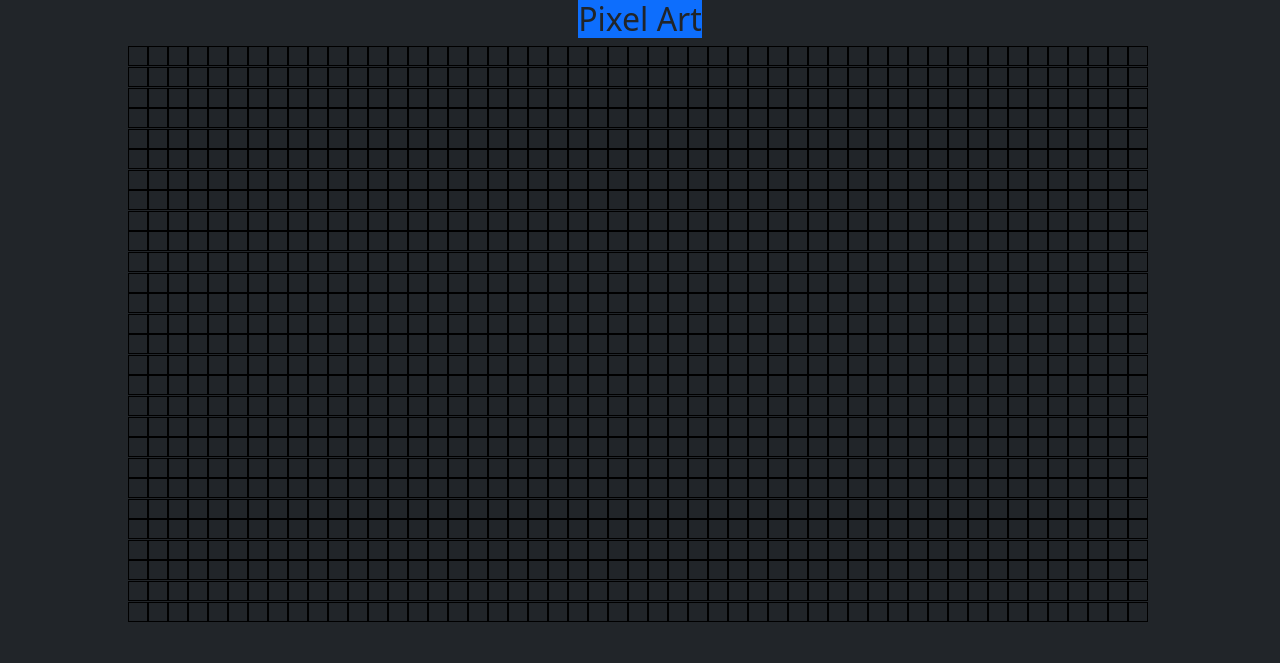
Repository: bechara611/pixelartdb
Page: /
An editor plug-in stored every save of this project. The page is shown before and after the next save, followed by the edit.
The browser window is 1280 px wide. The pictures show the whole page.
The project was rebuilt for these pictures with package versions that can differ from the ones it lists, and the page was loaded fresh each time. Also part of the build but not shown: vite.config.js.

Above is the page before, as saved 2023-03-06 13:52:25.

### src/main.jsx
import React from 'react'
import ReactDOM from 'react-dom/client'
import App from './App'
import 'bootstrap/dist/css/bootstrap.min.css'
import 'bootstrap/dist/js/bootstrap.bundle.js'

ReactDOM.createRoot(document.getElementById('root')).render(

    <App />

)

### src/App.jsx

import { useEffect, useState } from 'react'
import './App.css'
import { SelectableGroup } from 'react-selectable-fast'
import { Pixel } from './Pixel'

const App = () => {
  const [pixels, setPixels] = useState([])
  const [isSelecting, setIsSelecting] = useState(false)
  const [startIndex, setStartIndex] = useState(null)

  useEffect(() => {
    let contenedor = document.getElementById('contenedor')
    let divsAloAlto = Math.floor(contenedor.offsetHeight / 20)
    let divsAlOancho = Math.floor(contenedor.offsetWidth / 20);
    //para saber cuantos divs necesita un contenedor multiplica el numero de divs a lo alto * el numero de divds a lo ancho
    setPixels(Array.from({ length: divsAloAlto * divsAlOancho }, () => { return { active: false, color: 'green' } }))

  }, [])

  const funcionArray = (index) => {
    let nuevoArray = [...pixels]
    nuevoArray[index] = { active: !nuevoArray[index].active, color: 'blue' }
    setPixels(nuevoArray)
  }

  useEffect(() => {
    //console.log({ pixels })
  }, [pixels])

  const onMouseDown = (index) => {
    setIsSelecting(true);
    setStartIndex(index)
    // console.log('onMouseDown')
  }


  const onMouseOver2 = (index) => {
    if (isSelecting) {
      const pixelsupdated = [...pixels]
      pixelsupdated[index] = { ...pixelsupdated[index], active: !pixelsupdated[index].active }

      setPixels(pixelsupdated)

    }
    // console.log('onMouseOver')
  }
  const onMouseUp2 = (index) => {
    setIsSelecting(false)

  }
  return (
    <>
      <div className="bg-dark fondo">
        <div className="contenedor-mayor">
          <h2 className='bg-primary'>Pixel Art</h2>
        </div>

        <div className="contenedor-mayor ">
    <div className="contorno">
          <div className="contenedor " id='contenedor'>

            {

              pixels.map((a, index) => {
                return <Pixel key={index}
                  active={a.active}
                  funcion={() => funcionArray(index)}
                  onMouseDown={() => { onMouseDown(index) }}
                  onMouseUp={() => { onMouseUp2(index) }}
                  onMouseOver={() => { onMouseOver2(index) }}
                ></Pixel>
              })

            }

          </div>
          </div>
        </div>
      </div>
    </>
  )
}

export default App

### src/App.css
.fondo{
  height: 100vh;
}

.contenedor-mayor{
  display: flex;
  flex-direction: row;
  justify-content: center;
  justify-self: center;
  align-items: center;

}

.pixel {
  width: 20px;
  height: 20px;
  border: 1px solid rgb(0, 0, 0);

  box-sizing: border-box;

}

.active {
  background: green;
}

.contenedor {

  display: flex;
  flex-direction: row;
  flex-wrap: wrap;
  width: 80vw;
  height: 80vh;
  max-width: 80vw;
  max-height: 80vh;



}

### src/Pixel.jsx
import React, { useState } from 'react'
import './App.css'
import {selectableGroup, createSelectable} from 'react-selectable-fast'
export const Pixel = (props) => {
    const [isActive, setisActive] = useState(false)
  return (

 <div className={`pixel ${props.active ? 'active' : ''}`} style={{ background:props.active ? props.color : ''}}
 onClick={()=>{
    setisActive(!isActive)
    props.funcion();
}}
onMouseDown={()=>{props.onMouseDown()}}
onMouseUp={()=>{props.onMouseUp()}}
onTouchEnd={()=>{props.onMouseUp()}}
onMouseOver={()=>{props.onMouseOver()}}
onTouchStart={()=>{{
    props.onMouseDown()
    props.onMouseOver()}}}
 >

 </div>
  )
}

Loaded but not shown: index.html (common file)

After the next save:
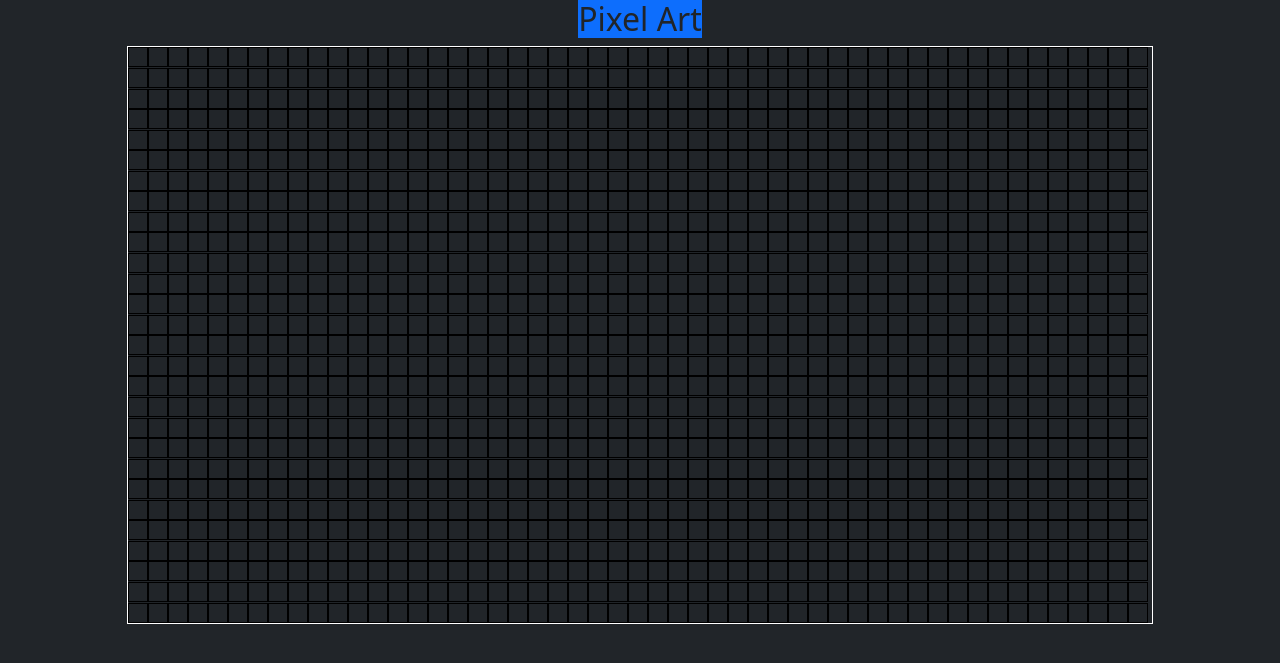
Saved 14 s later.
--- a/src/App.css
+++ b/src/App.css
@@ -1,5 +1,8 @@
 .fondo{
   height: 100vh;
+}
+.contorno{
+  border: 1px solid white;
 }
 
 .contenedor-mayor{
